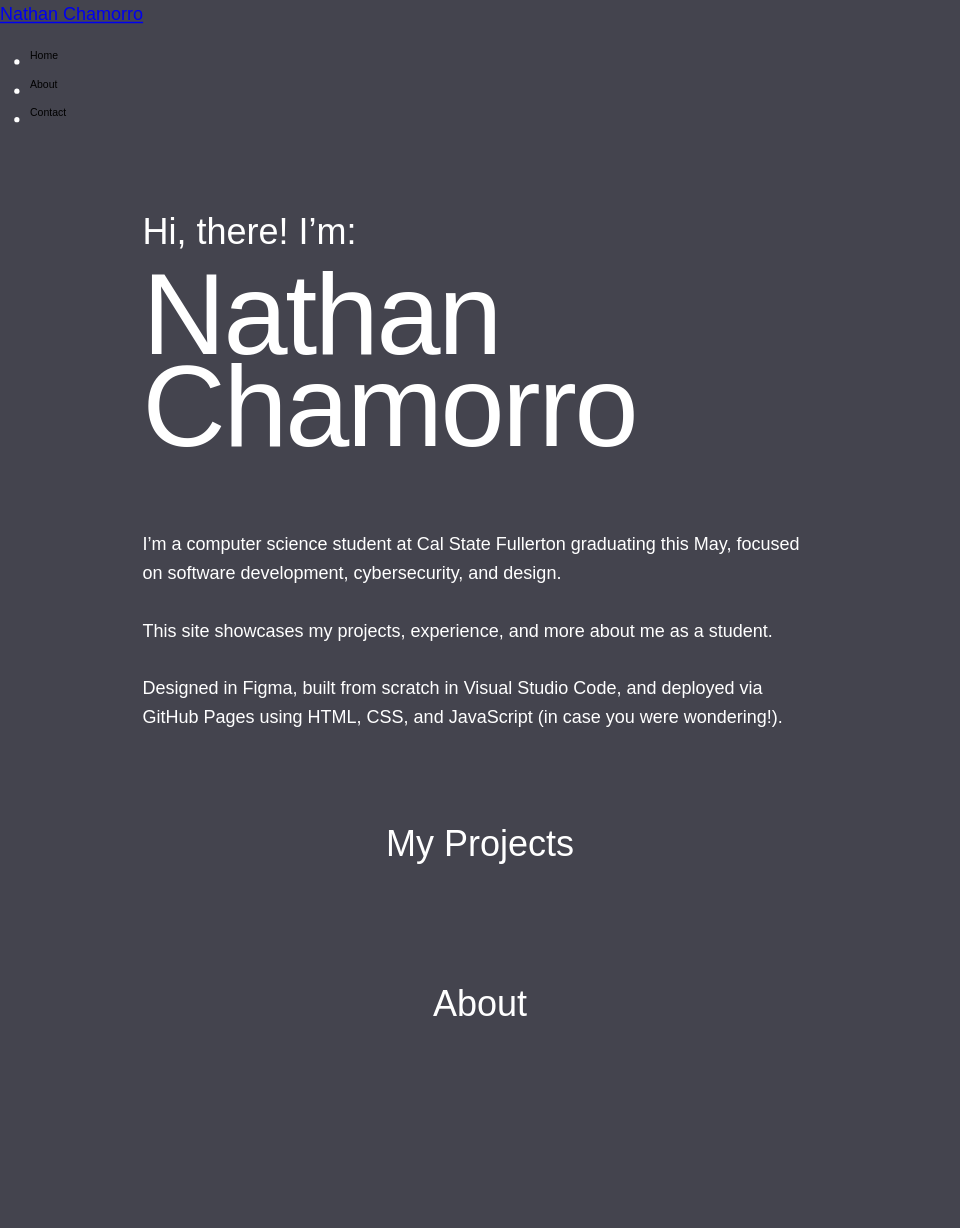
Repository: nathanchamorro1/nathanchamorro1.github.io
Page: index.html
An editor plug-in stored every save of this project. The page is shown before and after the next save, followed by the edit.
The browser window is 1280 px wide. The pictures show the whole page, at 75% of full size.
Some web fonts or font styles are not loaded; a fallback is used.

Above is the page before, as saved 2026-02-17 17:44:58.

After the next save:
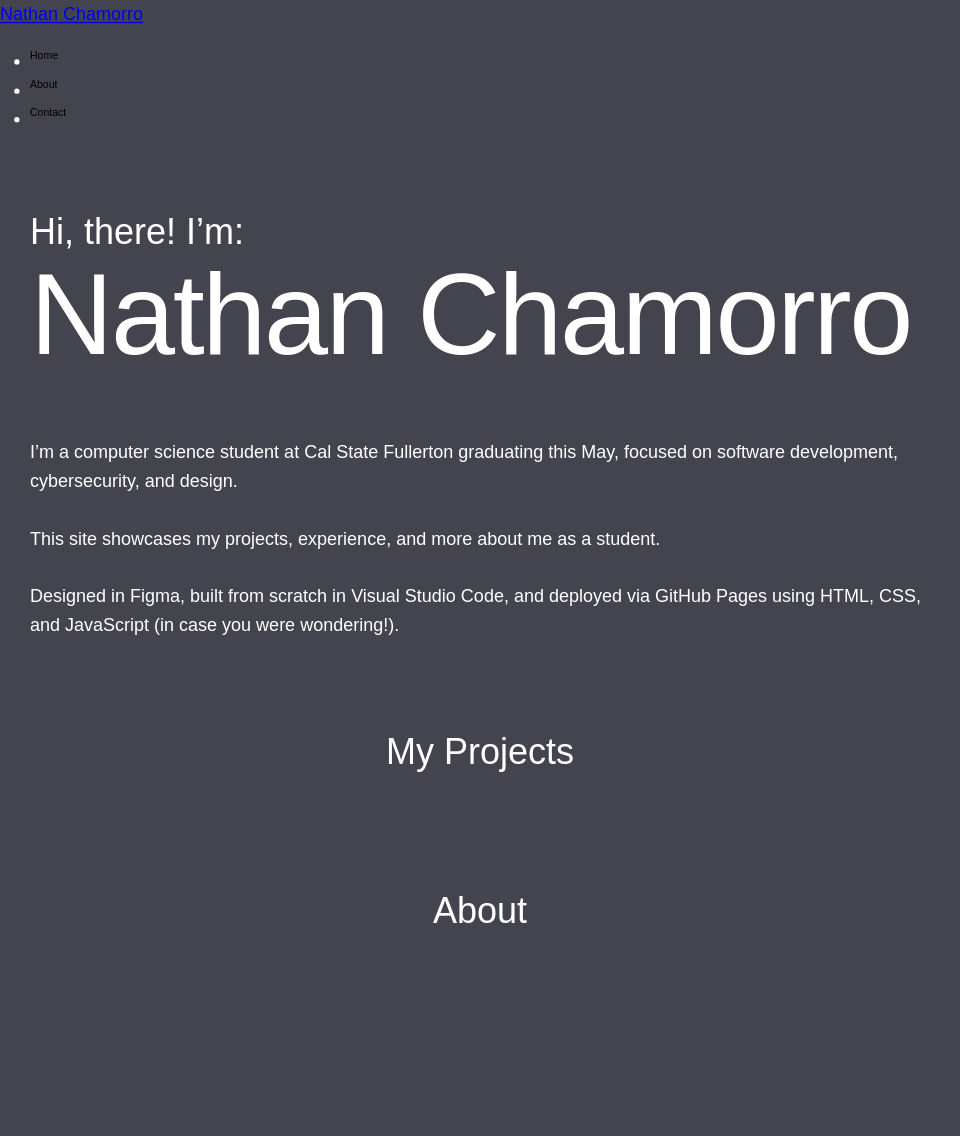
Saved 103 min 36 s later.
--- a/css/style.css
+++ b/css/style.css
@@ -11,7 +11,7 @@
 }
 
 .content-wrapper {
-  max-width: 900px;
+  max-width: none;
   margin: 0 auto;
   padding: 0 40px;
   display: flex;

After the save that followed:
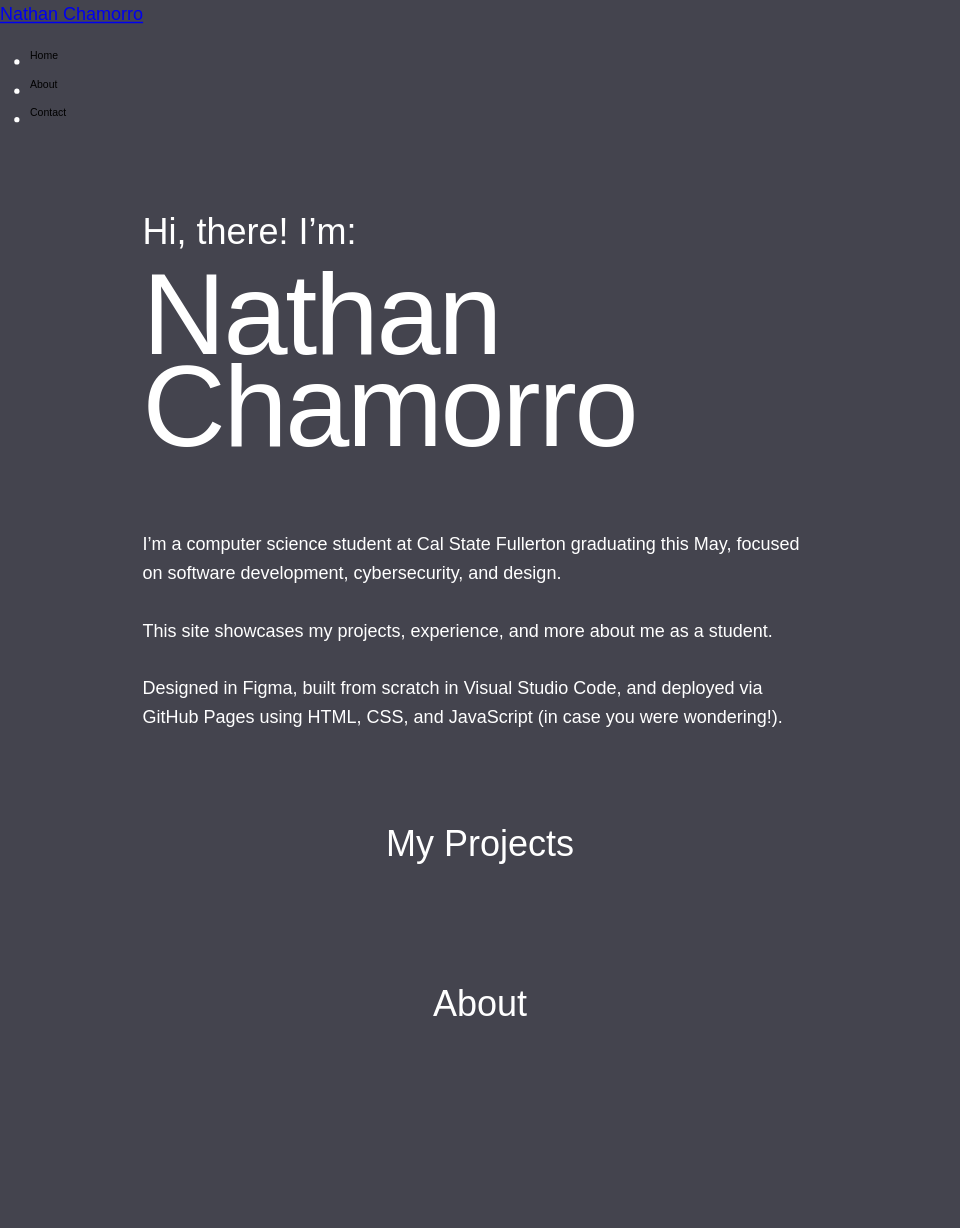
Saved 5 s later.
--- a/css/style.css
+++ b/css/style.css
@@ -11,7 +11,7 @@
 }
 
 .content-wrapper {
-  max-width: none;
+  max-width: 900px;
   margin: 0 auto;
   padding: 0 40px;
   display: flex;
